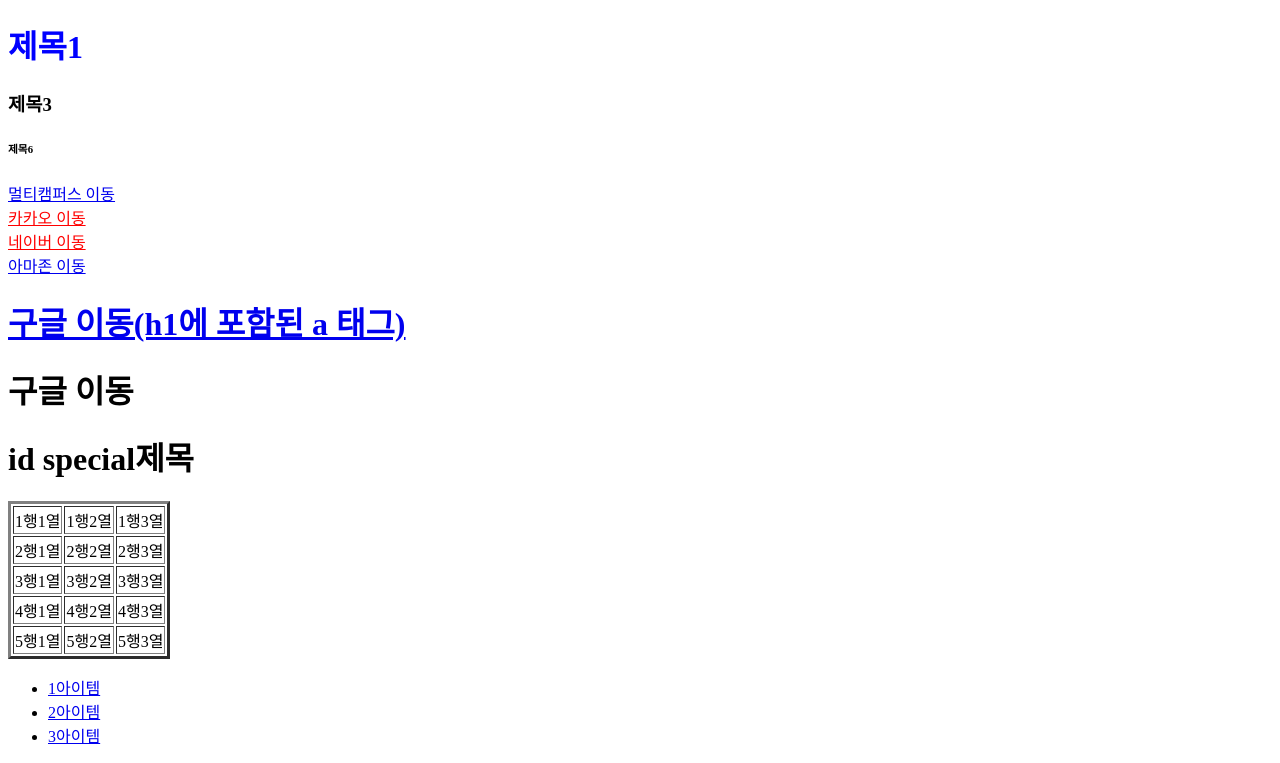
Repository: younseochoi/AI_PLATFORM
Page: my_code/03_web/html/src/main/webapp/css/selector.html
An editor plug-in stored every save of this project. The page is shown before and after the next save, followed by the edit.
The browser window is 1280 px wide. The pictures show the whole page.

Above is the page before, as saved 2022-07-25 02:28:29.

### my_code/03_web/html/src/main/webapp/css/selector.html
<!DOCTYPE html>
<html>
<head>
<meta charset="UTF-8">
<title>Insert title here</title>
<style>
	/* h1{color:red;} */
	/* #special{ color:red;} */
	/* .target{color:red;} */
	/* * { color :red;} */
	/* body{ color : red;} */
	/* h6, a{ color : red;} */
	/* h1>a{ color:red;} /* 포함관계 자손태그 (후손태그 포함 x) */ */
	/* body a{ color:red; }/* 후손태그 포함 */ */
	a[href = "HTTP://www.multicampus.com"]{ color: red;}
/* 	a[href *=co]{color:red;}  /* href co 속성 포함  */*/
	a[href^=kakao]{color:red;}
	a[href$=kr]{color:red;}

	/* h1중에서 class 속성이 target인 태그 -  파랑*/
	h1.target {color:blue;}
	/* h1중에서 속성에 제목포함 태그 - 초록  */
 /* 	h1[title*=제목]{color : green;}
 	tr:first-child {color:green;}
	tr:nth-child(2n) {color:purple;}
	li:nth-child(1)>a {color:red; } */
	/* li>a:nth-child(1){color:red;} */
	a:link{
	}
</style>
</head>
<body>

<!-- 	<h1 title="정보보여주기" id="first" class="cls1">제목</h1>
	내용많아서 스크롤
	<a href= "#first">현재파일 첫화면 이동 </a> -->
	<h1 class="target" title="첫번째 제목을 나타내는 부분입니다">제목1</h1>
	<h3 class="target" >제목3</h3>
	<h6 class="target" >제목6</h6>

	<a href="HTTP://www.multicampus.com">멀티캠퍼스 이동</a><br>
	<a href="kakao.co.kr">카카오 이동</a><br>
	<a href="www.naver.co.kr">네이버 이동</a><br>
	<a href="www.amazone.com">아마존 이동</a><br>

	<h1><a href="http://www.google.com">구글 이동(h1에 포함된 a 태그)</a></h1>
	<h1>구글 이동</h1>
	<h1 id="special">id special제목</h1>

	<table border=3>
		<tr><td>1행1열</td><td>1행2열</td><td>1행3열</td></tr>
		<tr><td>2행1열</td><td>2행2열</td><td>2행3열</td></tr>
		<tr><td>3행1열</td><td>3행2열</td><td>3행3열</td></tr>
		<tr><td>4행1열</td><td>4행2열</td><td>4행3열</td></tr>
		<tr><td>5행1열</td><td>5행2열</td><td>5행3열</td></tr>
		</table>

		<ul>
		<li><a href="#">1아이템</a></li>
		<li><a href="#">2아이템</a></li>
		<li><a href="#">3아이템</a></li>
</ul>
</body>
</html>

After the next save:
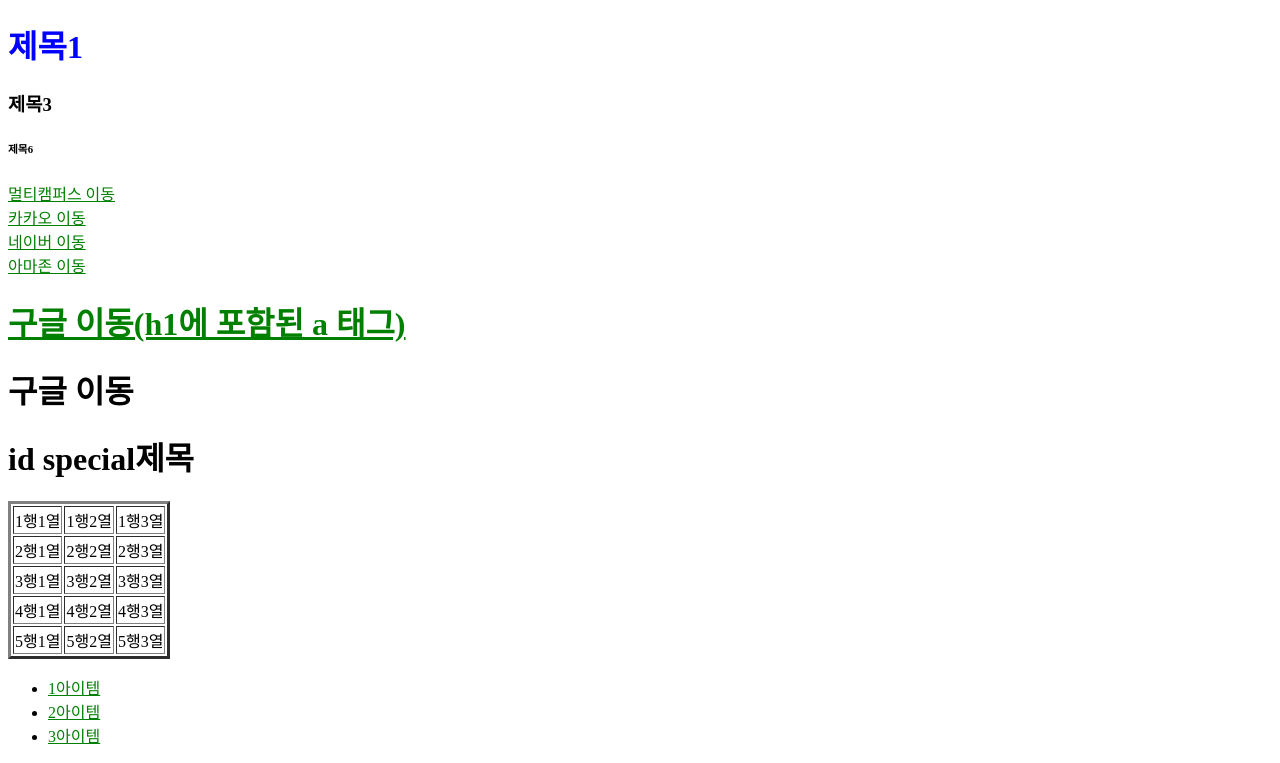
Saved 9 s later.
--- a/my_code/03_web/html/src/main/webapp/css/selector.html
+++ b/my_code/03_web/html/src/main/webapp/css/selector.html
@@ -25,8 +25,7 @@
 	tr:nth-child(2n) {color:purple;}
 	li:nth-child(1)>a {color:red; } */
 	/* li>a:nth-child(1){color:red;} */
-	a:link{
-	}
+	a:link{color:green;}
 </style>
 </head>
 <body>
